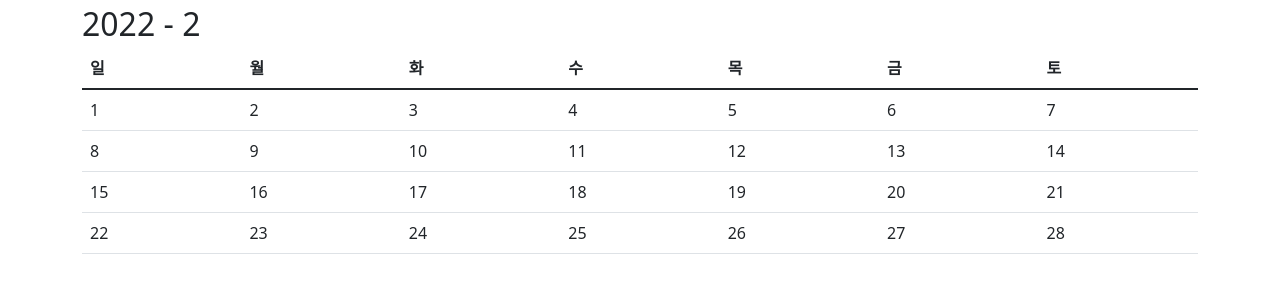
Repository: Visionary1/fullstack-dev-study
Page: http://localhost/Test/lesson02/quiz10.jsp
The author's editor kept a copy of each file at every save. The page is drawn from the files as they stood at one save, then again after the next save.
The browser window is 1280 px wide. The pictures show the whole page.
The page is served by Tomcat 9.

Above is the page before, as saved 2022-02-13 16:01:39.

After the next save:
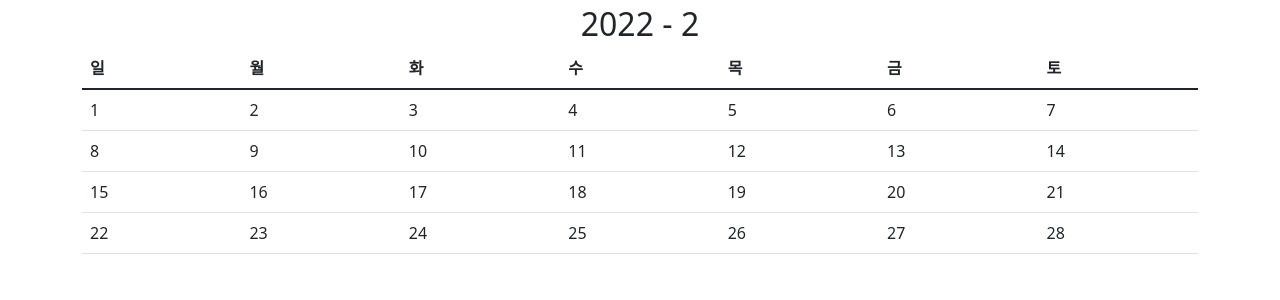
Saved 7 s later.
--- a/4_servlet/workspace/Test/src/main/webapp/lesson02/quiz10.jsp
+++ b/4_servlet/workspace/Test/src/main/webapp/lesson02/quiz10.jsp
@@ -33,7 +33,7 @@
 
 	<div class="container">
 
-		<div class="fw-light fs-2"><%=cal.get(Calendar.YEAR) + " - " + Integer.valueOf(cal.get(Calendar.MONTH) + 1) %></div>
+		<div class="fw-light fs-2 text-center"><%=cal.get(Calendar.YEAR) + " - " + Integer.valueOf(cal.get(Calendar.MONTH) + 1) %></div>
 
 		<table class="table">
 			<thead>
